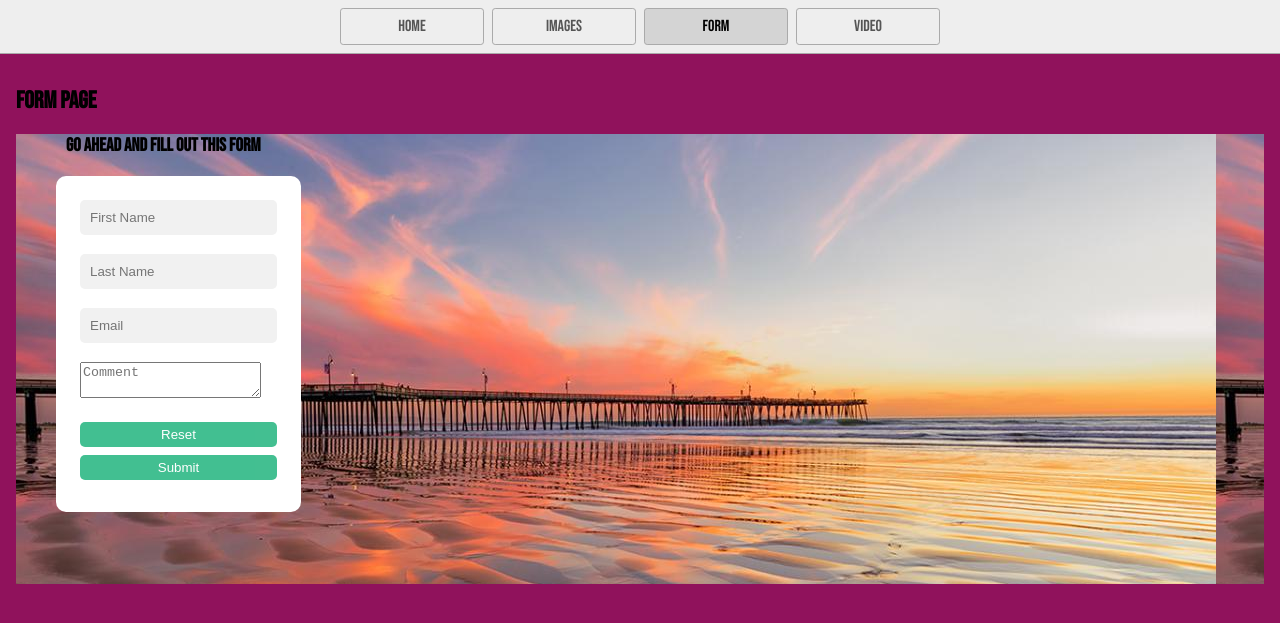
Repository: sebas6292/palmTree-Final
Page: Form.html
The author's editor kept a copy of each file at every save. The page is drawn from the files as they stood at one save, then again after the next save.
The browser window is 1280 px wide. The pictures show the whole page.

Above is the page before, as saved 2023-05-28 13:25:37.

### Form.html
<!DOCTYPE html>
<html lang="en">
  <head>
    <title>Home</title>
    <meta charset="UTF-8" />
    <meta name="viewport" content="width=device-width" />

    <link rel="preconnect" href="https://fonts.googleapis.com">
    <link rel="preconnect" href="https://fonts.gstatic.com" crossorigin>
    <link href="https://fonts.googleapis.com/css2?family=Bebas+Neue&display=swap" rel="stylesheet">
    <link rel="stylesheet" href="styles.css" />

  </head>
  <body>
    <nav>
      <a href="/Home.html">Home</a>
      <a href="/Images.html">Images</a>
      <a href="/Form.html" aria-current="page">Form</a>
      <a href="/Video.html">Video</a>
    </nav>
    <main>
      <h1>Form page</h1>
      <div class="bg-img">
      <h3 class="form-title">Go ahead and fill out this form</h3>
      <form action="/Home.html" target="_blank" class="form-container">

        <input type="text" id="fname" name="fname" placeholder="First Name"><br>
        <br>
        <input type="text" id="lname" name="lname" placeholder="Last Name" ><br>
        <br>
        <input type="text" id="email" name="email" placeholder="Email"><br>
        <br>

        <textarea id="comment" placeholder='Comment' name="comment" ></textarea>
        <br>
        <br>
        <input class="btn" type="reset" value="Reset">
        <input class="btn" type="submit" value="Submit">
      </form>
    </div>
    </main>
  </body>
</html>

### styles.css
* {
    box-sizing: border-box;
  }

  body {
    margin: 0;
    font-family: 'Bebas Neue', sans-serif;
    color: black;
    background-color: white;
  }
  @keyframes body {
    0%   {background-color: white;}
    25%  {background-color: brown}
    50%  {background-color: purple;}
    100% {background-color: black;}
  }
  body {
    background-color: white;
    animation-name: body;
    animation-duration: 15s;
  }

  nav {
    display: flex;
    flex-wrap: wrap;
    align-items: center;
    justify-content: center;
    padding: 0.5rem;
    gap: 0.5rem;
    border-bottom: solid 1px #aaa;
    background-color: #eee;
  }

  nav a {
    display: inline-block;
    min-width: 9rem;
    padding: 0.5rem;
    border-radius: 0.2rem;
    border: solid 1px #aaa;
    text-align: center;
    text-decoration: none;
    color: #555;
  }

  nav a[aria-current='page'] {
    color: #000;
    background-color: #d4d4d4;
  }

  main {
    padding: 1rem;
  }

  h1 {
    font-weight: bold;
    font-size: 1.5rem;
  }
  .form-title {
    /* margin: 10px 0 0 50px; */
    margin-left: 50px;
    color: whitesmoke
    padding-top: 15px;
  }

  .bg-img {
    background-image: url('/Assets/pier2.jpeg');
    height: 450px;
  }

  .form-container {
    position: absolute;
    margin: 0 0 0 40px;
    max-width: 400px;
    padding: 24px;
    background-color: white;
    border-radius: 10px;
  }
  input[type=text], input[type=password], input[id=comment] {
    width: 100%;
    padding: 10px;
    /* margin: 5px 0 22px 0; */
    border: none;
    background: #f1f1f1;
    border-radius: 5px;
  }
  .btn {
    background-color: #04AA6D;
    color: white;
    margin-bottom: .5rem ;
    padding: 5px 0 5px 0;
    border: none;
    cursor: pointer;
    border-radius: 5px;
    width: 100%;
    opacity: 0.75;
  }

  .btn:hover {
    opacity: 1;
  }

After the next save:
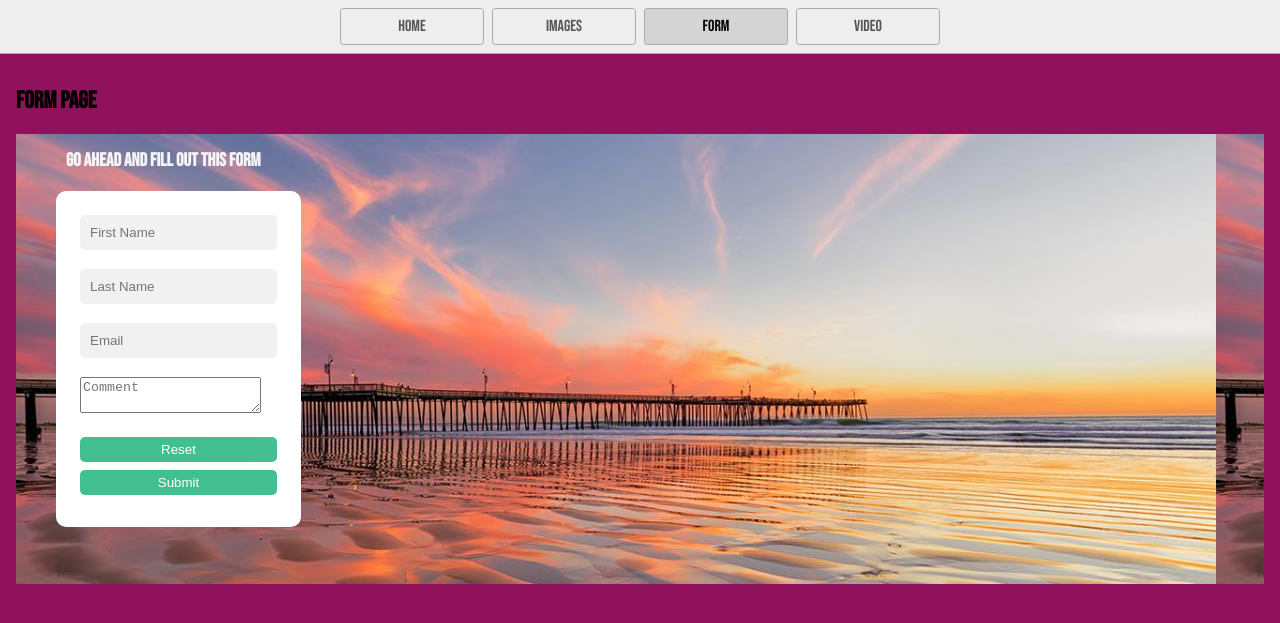
Saved 5 s later.
--- a/styles.css
+++ b/styles.css
@@ -58,7 +58,7 @@
   .form-title {
     /* margin: 10px 0 0 50px; */
     margin-left: 50px;
-    color: whitesmoke
+    color: whitesmoke;
     padding-top: 15px;
   }
 
